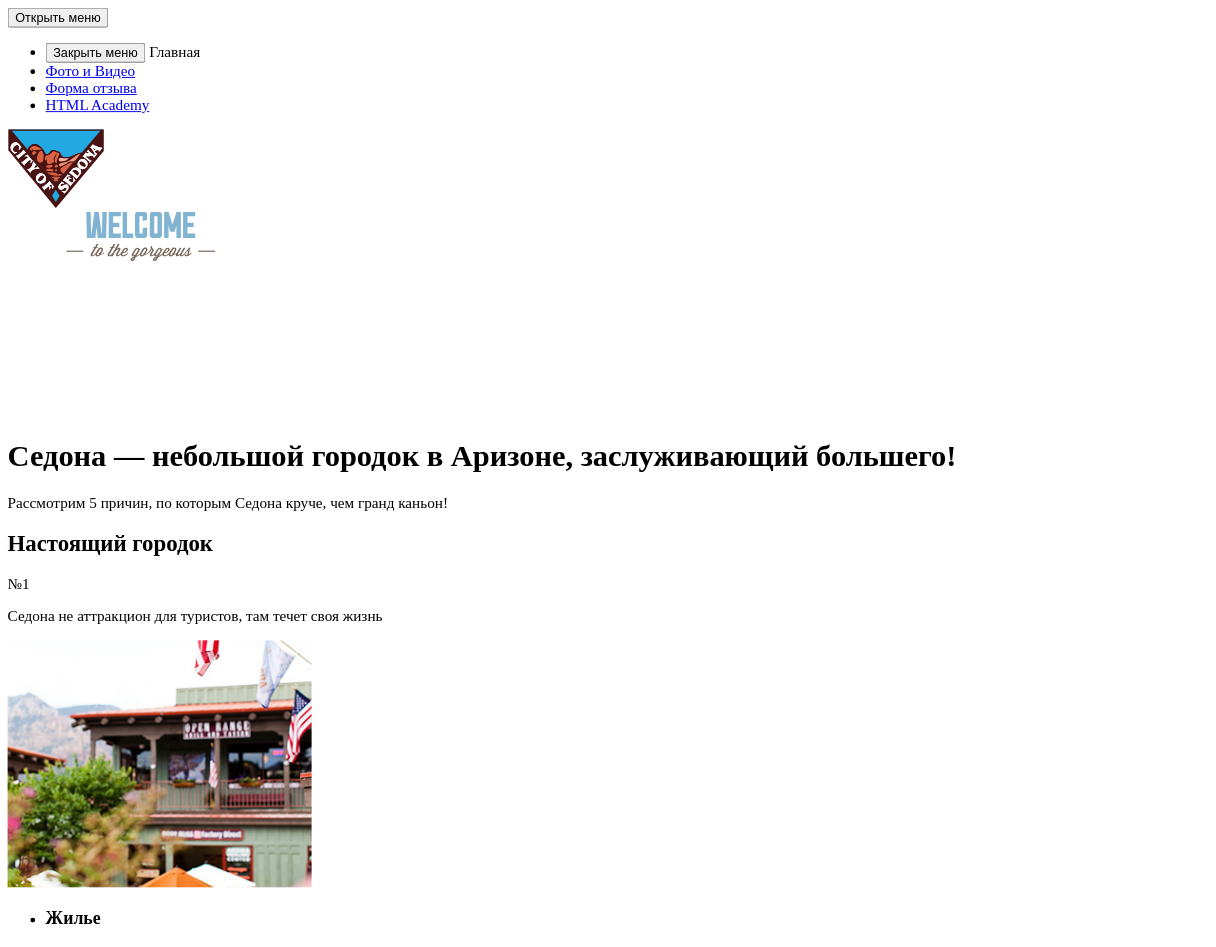
Repository: igorkrs/1076625-sedona-17
Page: source/index.html
An editor plug-in stored every save of this project. The page is shown before and after the next save, followed by the edit.
The browser window is 1280 px wide. The pictures show the whole page, at 95% of full size.

Above is the page before, as saved 2019-07-29 18:37:21.

### source/index.html
<!DOCTYPE html>
<html lang="ru">

<head>
  <meta charset="utf-8">
  <title>HTML Academy: Седона</title>
  <link rel="shortcut icon" href="img/favicon.png" type="image/x-icon">
</head>

<body>
  <header class="page-header">
    <nav class="main-nav">
      <button class="main-nav__toggle" type="button">Открыть меню</button>
      <div class="main-nav__wrapper">
        <ul class="main-nav__list site-list">
          <li class="site-list__item site-list__item--active">
            <button class="main-nav__close" type="button">Закрыть меню</button>
            <a>Главная</a>
          </li>
          <li class="site-list__item">
            <a href="photo.html">Фото и Видео</a>
          </li>
          <li class="site-list__item">
            <a href="form.html">Форма отзыва</a>
          </li>
          <li class="site-list__item">
            <a href="#">HTML Academy</a>
          </li>
        </ul>
        <a class="page-header__logo">
          <img src="img/logo-sedona-mobile.svg" width="102px" height="83px" alt="Седона"
            class="page-header__logo-image">
        </a>
    </nav>
  </header>
  <main class="page-main">
    <div class="main-photo">
      <img src="img/text-sedona-index.svg" width="281px" height="214px" alt="Welcome to sedona"
        class="main-photo__item">
    </div>
    <h1 class="page-title">Седона — небольшой городок в Аризоне, заслуживающий большего!</h1>
    <p class="page-intro">Рассмотрим 5 причин, по которым Седона круче, чем гранд каньон!</p>
    <section class="advantages">
      <div class="advantages__item">
        <h2 class="advantages__title">Настоящий городок</h2>
        <span class="advantages__number">№1</span>
        <p class="advantages__description">Седона не аттракцион для туристов, там течет своя жизнь</p>
      </div>
      <img src="img/main-city-mobile@1x.jpg" width="320px" height="260px" alt="Фото города" class="advantages__photo">
      <ul class="advantages__goods-list">
        <li class="advantages__goods-item">
          <h3 class="advantages__goods-title">Жилье</h3>
          <p class="advantages__goods-description></p>
        </li>
      </ul>
    </section>
  </main>
</body>

</html>

After the next save:
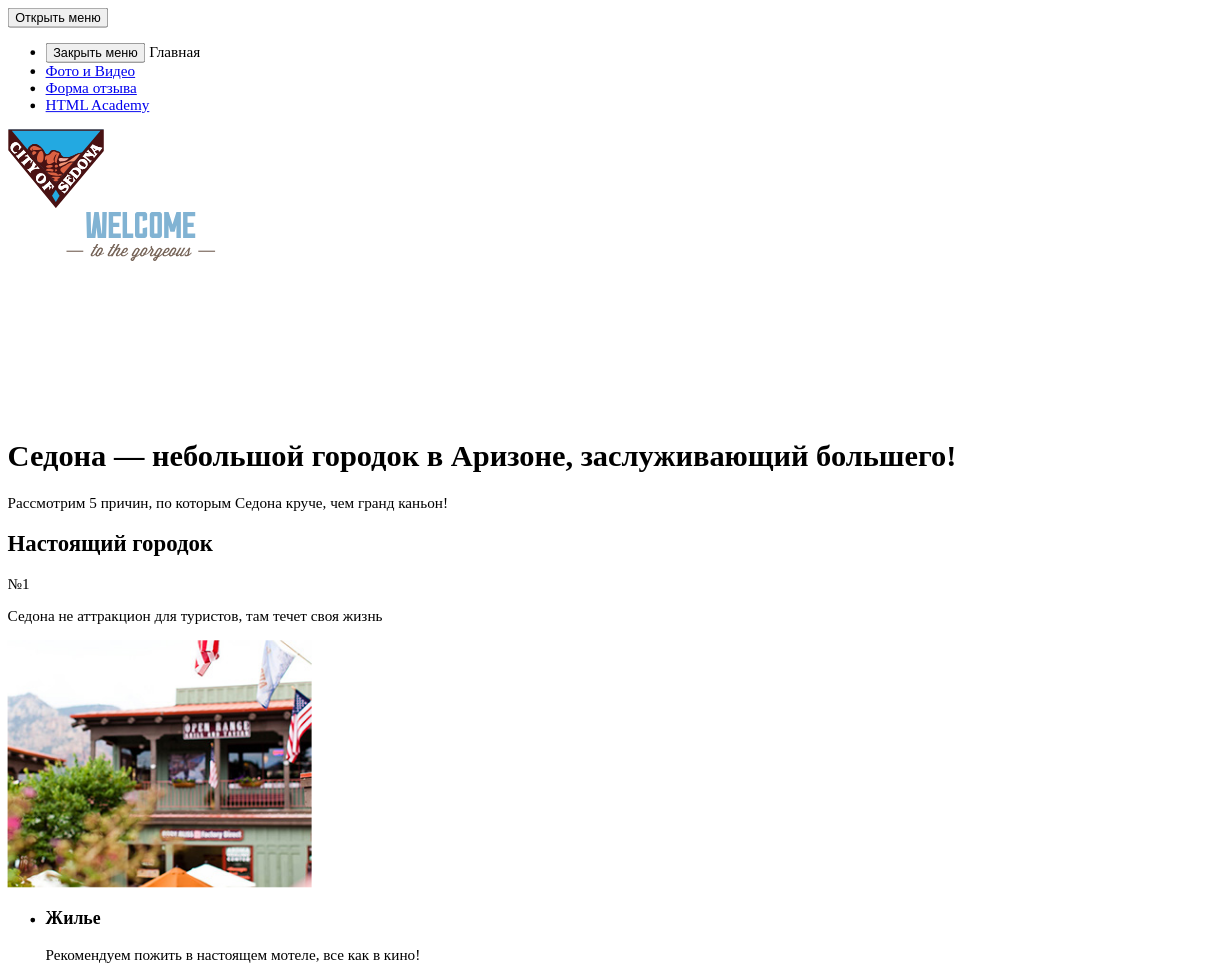
Saved 26 s later.
--- a/source/index.html
+++ b/source/index.html
@@ -50,7 +50,7 @@
       <ul class="advantages__goods-list">
         <li class="advantages__goods-item">
           <h3 class="advantages__goods-title">Жилье</h3>
-          <p class="advantages__goods-description></p>
+          <p class="advantages__goods-description">Рекомендуем пожить в настоящем мотеле, все как в кино!</p>
         </li>
       </ul>
     </section>
